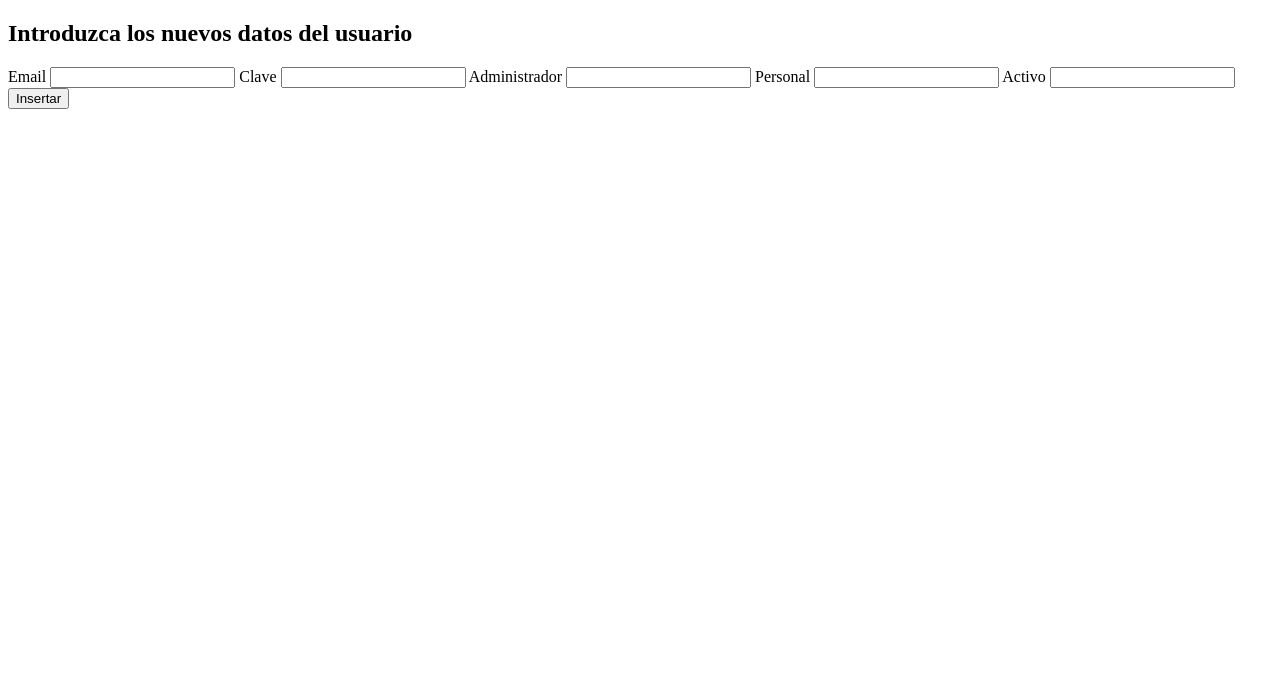
Repository: Mariangeles94/practica_gestion_usuarios
Page: http://localhost/Gestion/administrador/viewinsert.php
The author's editor kept a record of every edit. The page is drawn from the files as they stood at one moment, then again after the next edit.
The browser window is 1280 px wide. The pictures show the whole page.
The page is run by PHP 8.4 with error messages shown; the project is at /var/www/html/.

Above is the page before.

### administrador/viewinsert.php
<?php
require '../clases/AutoCarga.php';
$bd = new DataBase();
$gestor = new ManageUser($bd);

?>
<!DOCTYPE html>
<html>
    <head>
        <meta charset="UTF-8">
        <title></title>
        <link rel="stylesheet" type="text/css"  href=""/>
    </head>
    <body>
        <div id="main">
            <h2>Introduzca los nuevos datos del usuario</h2>
            <div id="form_sample">
                <form action="phpinsert.php" method="POST">
                    <label>Email</label>
                    <input type="text" name="email" value=""/>
                    <label>Clave</label>
                    <input type="text" name="clave" value="" />
                    <label>Administrador</label>
                    <input type="text" name="administrador" value="" />
                    <label>Personal</label>
                    <input type="text" name="personal" value="" />
                    <label>Activo</label>
                    <input type="text" name="activo" value="" />
                    <input type="submit" value="Insertar"/>
                </form>
            </div>
        </div>
    </body>
</html>
<?php
$bd->close();

### clases/AutoCarga.php
<?php

class AutoCarga {
    static function cargar($clase){
        $clase = str_replace("\\", "/", $clase);
        $archivo = "../clases/" .$clase . ".php";
         if (file_exists($archivo)) {
              require $archivo;
         }else{
             $archivo = "clases/" .$clase . ".php";
             require $archivo;
         }
   }
}
spl_autoload_register('AutoCarga::cargar'); // Tiene que estar fuera de la clase

### clases/DataBase.php
<?php

class DataBase {

    private $conexion, $consulta;

    function __construct() {
        try {
            $this->conexion = new PDO(
                    'mysql:host=' . Constant::SERVER . ';' .
                    'dbname=' . Constant::DATABASE, Constant::DBUSER, Constant::DBPASSWORD, array(
                PDO::ATTR_PERSISTENT => true,
                PDO::MYSQL_ATTR_INIT_COMMAND => 'set names utf8')
            );
        } catch (PDOException $e) {
            var_dump($e);
            exit();
            //Esta parte hay que completarla
        }
    }

    function close() {
        $this->conexion = null;
    }

    function getCount() {
        return $this->consulta->rowCount();
    }

    function getId() {
        return $this->conexion->lastInsertId();
    }

    function getErrorConection() {
        return $this->conexion->errorInfo();
    }

    function getError() {
        return $this->consulta->errorInfo();
    }

    function send($sql, $parametros = array()) {
        $this->consulta = $this->conexion->prepare($sql);
        foreach ($parametros as $nombreParametro => $valorParametro) {
            $this->consulta->bindValue($nombreParametro, $valorParametro);
        }
      //var_dump($parametros);
      //echo "sql:" .$sql;
        return $this->consulta->execute();
    }

    function getRow() {
        $r = $this->consulta->fetch();
        if ($r === null) {
            $this->consulta->closeCursor();
        }
        return $r;
    }
    function count($tabla, $condicion="1 = 1", $parametros = array()){
        $sql="select count(*) from $tabla where $condicion";
        $this->send($sql, $parametros);
        $fila = $this->getRow();
        return $fila[0];
    }

    function erase($tabla, $condicion, $parametros = array()) {
        //delete from TABLA where CONDICION
        $sql = "delete from $tabla where $condicion";
        if ($this->send($sql, $parametros)) {
            return $this->getCount();
        }
        return false;
    }

     function delete($tabla, $parametros = array()) {
        //delete from TABLA where CONDICION
        $camposWhere = "";
        foreach ($parametros as $nombreParametro => $valorParametro) {
            $camposWhere .= $nombreParametro . " = :" . $nombreParametro . " and ";
        }
        //$camposWhere .= "1=1";
        $camposWhere = substr($camposWhere, 0, -4);
        $sql = "delete from $tabla where $camposWhere";
        if ($this->send($sql, $parametros)) {
            return $this->getCount();
        }
        return false;
    }

    function insert($tabla, $parametros = array(), $auto = true) {
        //insert into TABLA values (VALORES);
        //insert into TABLA (CAMPOS) values (VALORES);
        //insert into TABLA (c1, c2) values (:c1, :c2);
        //si la tabla tiene un campo autonumerico devuelvo el id
        //si no devuelvo el numero de filas insertadas(1)
        //si error devuelvo false
        $campos = "";
        $valores = "";
        foreach ($parametros as $nombreParametro => $valorParametro) {
            $campos .= $nombreParametro . ",";
            $valores .= ":" . $nombreParametro . ",";
        }
        $campos = substr($campos, 0, -1);
        $valores = substr($valores, 0, -1);
        $sql = "insert into $tabla ($campos) values ($valores)";
        if ($this->send($sql, $parametros)) {
            if ($auto) {
                return $this->getId();
            }
            return $this->getCount();
        }
        return false;
    }

    function update($tabla, $parametrosSet = array(), $parametrosWhere = array()) {
        //update TABLA set VALORES where CONDICION
        //update TABLA set c1=:c1, c2=:c2 where c1=:_c1 and c3=:_c3
        $camposSet = "";
        $camposWhere = "";
        $parametros = array();
        foreach ($parametrosSet as $nombreParametro => $valorParametro) {
            $camposSet .= $nombreParametro . " = :" . $nombreParametro . ",";
            $parametros[$nombreParametro] = $valorParametro;
        }
        $camposSet = substr($camposSet, 0, -1);

        foreach ($parametrosWhere as $nombreParametro => $valorParametro) {
            $camposWhere .= $nombreParametro . " = :_" . $nombreParametro . " and ";
            $parametros["_" . $nombreParametro] = $valorParametro;
        }
        //$camposWhere .= "1=1";
        $camposWhere = substr($camposWhere, 0, -4);
        $sql = "update $tabla set $camposSet where $camposWhere";
        if ($this->send($sql, $parametros)) {
            return $this->getCount();
        }
        return -1;
    }

    function query($tabla, $proyeccion = "*", $parametros = array(), $orden = "1", $limite = "") {
        //select CAMPOS from TABLA where CONDICION order by ORDEN LIMIT
        //select c1,c2 from TABLA where c3=:c3 and c4 = :c4 order by c2 desc,c1 limit 8,15
        $campos = "";
        foreach ($parametros as $nombreParametro => $valorParametro) {
            $campos .= $nombreParametro . " = :" . $nombreParametro . " and ";
        }
        $campos .= "1=1";
        //$campos = substr($campos, 0, -4);
        $limit = "";
        if($limite!==""){
            $limit = "limit $limite";
        }
        $sql = "select $proyeccion from $tabla where $campos order by $orden $limit";
        return $this->send($sql, $parametros);
    }

    function select($tabla, $proyeccion = "*", $condicion = "1 = 1",
        $parametros = array(), $orden="1", $limite=""){
        $limit = "";
        if($limite!==""){
            $limit = "limit $limite";
        }
        $sql = "select $proyeccion from $tabla "
                . "where $condicion order by $orden $limit";
        return $this->send($sql, $parametros);
    }

}

### clases/Constant.php
<?php

class Constant {
    const DATABASE = "gestion";
    const SERVER = "localhost";
    const DBUSER = "mariangeles94";
    const DBPASSWORD = "";
    const NRPP = 10;
    const SEMILLA="45856";
}

### clases/ManageUser.php
<?php

class ManageUser {
    private $bd = null;
    private $tabla = "usuario";

    function __construct(DataBase $bd) {
        $this->bd = $bd;
    }

    function get($email) {
        //devuelve un objeto de la clase
        $parametros = array();
        $parametros['email'] = $email;
        $this->bd->select($this->tabla, "*", "email=:email", $parametros);
        $fila = $this->bd->getRow();
        $user = new User();
        $user->set($fila);
        return $user;
    }

    function count($condicion = "1 = 1", $parametros = array()) {
        return $this->bd->count($this->tabla, $condicion, $parametros);
    }

    function delete($email) {
        $parametros = array();
        $parametros['email'] = $email;
        return $this->bd->delete($this->tabla, $parametros);
    }

    function deleteCities($parametros) {
        return $this->bd->delete($this->tabla, $parametros);
    }

    function erase(User $user) {
        return $this->delete($user->getEmail());
    }

   function set(User $user, $pkemail){
        //Update de todos los campos menos el id, el id se usara como el where para el update numero de filas modificadas
        $parametros =$user->getArray();
        $parametrosWhere = array();
        $parametrosWhere["email"]=$pkemail;
        return $this->bd->update($this->tabla, $parametros, $parametrosWhere);
    }
   function setActivo($email,$activo){
        //Update de todos los campos menos el id, el id se usara como el where para el update numero de filas modificadas
        $parametrosSet = array();
        $parametrosSet['activo'] = $activo;

        $parametrosWhere = array();
        $parametrosWhere["email"]=$email;
        return $this->bd->update($this->tabla, $parametrosSet, $parametrosWhere);
    }
     function setClave($email,$clave){
        //Update de todos los campos menos el id, el id se usara como el where para el update numero de filas modificadas
        $parametrosSet = array();
        $parametrosSet['clave'] = $clave;

        $parametrosWhere = array();
        $parametrosWhere["email"]=$email;
        return $this->bd->update($this->tabla, $parametrosSet, $parametrosWhere);
    }

    function insert(User $user) {
        $parametrosSet = array();
        $parametrosSet['email'] = $user->getEmail();
        $parametrosSet['clave'] = $user->getClave();
        $parametrosSet['alias'] = $user->getAlias();
        $parametrosSet['fechaAlta'] = $user->getFechaAlta();
        $parametrosSet['activo'] = $user->getActivo();
        $parametrosSet['administrador'] = $user->getAdministrador();
        $parametrosSet['personal'] = $user->getPersonal();
        return $this->bd->insert($this->tabla, $parametrosSet);
    }

    function getList($pagina = 1, $order = "", $nrpp = Constant::NRPP, $condicion = "1=1", $parametros = array()) {

        $resgistroInicial = ($pagina - 1) * $nrpp;
        $this->bd->select($this->tabla, "*", $condicion, $parametros, $ordenPredeterminado, "$resgistroInicial, $nrpp"); /* limite va desde 1 y saca 10 registros */
        $r = array();
        while ($fila = $this->bd->getRow()) {
            $user = new User();
            $user->set($fila);
            $r[] = $user;
        }
        return $r;
    }
     function getList2($pagina = 1, $nrpp = Constant::NRPP) {
        $resgistroInicial = ($pagina - 1) * $nrpp;
        $this->bd->select($this->tabla, "*", "1=1", array(), "email", "$resgistroInicial, $nrpp"); /* limite va desde 1 y saca 10 registros */
        $r = array();
        while ($fila = $this->bd->getRow()) {
            $user = new User();
            $user->set($fila);
            $r[] = $user;
        }
        return $r;
    }

    function getValuesSelectTodos() {
        $this->bd->query($this->tabla, "*", array());
        $array = array();
        while ($fila = $this->bd->getRow()) {
            $user = new User();
            $user->set($fila);
            $array = $user;
           // $array[$fila[0]] = $fila[1];
        }
        return $array;
    }
    function getValuesSelectUsario() {
        $this->bd->query($this->tabla, "email, clave, alias", array(), "email");
        $array = array();
        while ($fila = $this->bd->getRow()) {
            $array[$fila[0]] = $fila[1];
        }
        return $array;
    }
    function getValuesSelectPersonal() {
        $this->bd->query($this->tabla, "clave, alias, fechaAlta", array(), "fechaAlta");
        $array = array();
        while ($fila = $this->bd->getRow()) {
            $array[$fila[0]] = $fila[1];
        }
        return $array;
    }
}

### css/style2.css
@import url(http://fonts.googleapis.com/css?family=Ubuntu);
body{
    margin: 0 auto;
    padding: 0;
    background-color: blue;

}
header nav{
    width: 100%;
    background-color: black;
    height: 50px;
    text-align: center;
    padding-top: 2%;
}
header nav a{
    text-decoration: none;
    color: white;
    width: 10%;
    padding: 10%;
    margin-top: 5%;
    font-size: 1.25em;
}
.enlaceInsertar{
    text-decoration: none;
    font-size: 1.5em;
    color: blue;
    margin-left: 5%;
}
.enlaceVolver{
    text-decoration: none;
    font-size: 1.25em;
    color: white;
    margin-left: 5%;
}
.wrapper{
    width: 100%;
    margin: 0 auto;
}

#form{
    float: right;
    width: 35%;
    margin: 10px auto;
    margin-top: 100px;
    font-size: 21px;
    border: 1px solid white;
    background-color: black;
    border-radius: 10px;
    padding: 1%;
}
.tabla{
    float: left;
    width: 50%;
    margin: 10x auto;
}
#enlaceAdmin {
    text-decoration: none;
    color:red;
    font-size: 20px;
    float: right;
    margin: 20px ;
}
#enlaceAdmin a{
    color:red;
    text-decoration: none;
}
body {font-family: Arial, Helvetica, sans-serif;}

table {
    font-family: "Lucida Sans Unicode", "Lucida Grande", Sans-Serif;
    font-size: 12px;
    margin: 45px;
    width: 480px;
    text-align: left;
    border-collapse: collapse;
    margin: 0 auto;
}

th {     font-size: 13px;     font-weight: normal;     padding: 8px;     background: #b9c9fe;
         border-top: 4px solid #aabcfe;    border-bottom: 1px solid #fff; color: #039; }

td {    padding: 8px;     background: #e8edff;     border-bottom: 1px solid #fff;
        color: #669;    border-top: 1px solid transparent; }

tr:hover td { background: #d0dafd; color: #339; }

.tabla h1, .tabla h2, .tabla h3, .tabla h4{
    margin-left: 50px;
}
input[type="text"]{
    width:83%;
    margin-top:10px;
    height:25px;
    margin-bottom: 15px;
    padding:10px;
    border:3px solid #2BC1F2;
}
input[type="number"]{
    width:83%;
    margin-top:10px;
    height:25px;
    margin-bottom: 15px;
    padding:10px;
    border:3px solid #2BC1F2;
}
input[type="date"]{
    width:83%;
    margin-top:10px;
    height:25px;
    margin-bottom: 15px;
    padding:10px;
    border:3px solid #2BC1F2;
}
input[type="datetime"]{
    width:83%;
    margin-top:10px;
    height:25px;
    margin-bottom: 15px;
    padding:10px;
    border:3px solid #2BC1F2;
}
input[type="submit"]{
    width:83%;
    padding: 10px 45px;
    background-color: #2BC1F2;
    border: none;
    color: white;
    font-size: 18px;
    font-weight: bold;
    cursor: pointer;
    font-family: 'Ubuntu', sans-serif;
}
.p-container input{
    width:90%;
    margin-left: 5px;
    padding: 5px 23px;
    background-color: #2BC1F2;
    text-align: center;
    border: none;
    color: white;
    font-size: 16px;
    font-weight: bold;
    cursor: pointer;
    font-family: 'Ubuntu', sans-serif;
}
.caja {
   margin:20px auto 40px auto;
   border:1px solid #d9d9d9;
   height:30px;
   overflow: hidden;
   width: 230px;
   position:relative;
}
select {
   background: white;
   border: none;
   font-size: 14px;
   height: 30px;
   padding: 5px;
   width: 250px;
   color:black;

}
select:focus{ outline: none;}

.caja::after{
	content:"\025be";
	display:table-cell;
	padding-top:7px;
	text-align:center;
	width:30px;
	height:30px;
	background-color:#d9d9d9;
	position:absolute;
	top:0;
	right:0px;
	pointer-events: none;
}
label{
    float: left;
    font-size: 16px;
    margin-top: 5px;
    color:white;
}


div#main{
    width: 830px;
    height: 650px;
    margin: 0px auto;
    font-family: 'Ubuntu', sans-serif;
}

div#form_sample{
    text-align:center;
    background-color: black;
    border: 1px solid #ccc;
    width: 300px;
    padding: 0px 50px 15px;
    margin-top:20px;
    box-shadow: 0 0 15px;
    border-radius: 6px;
    float:left;
}

#main h1{
    margin-top:40px;
}

hr{
    margin-top:-5px;
}
.NoDisponible {
    color:white;
}
#nodispo{
    background-color: black;
    border: 2px solid white;
    width: 50%;
    margin: 50px auto;
    padding: 10px 25px;
    border-radius: 10px;
}
.volverVehiculos a{
    text-align: center;
    color: white;
    text-decoration: none;
    margin-left: 50px auto;
    font-size: 1.25em;
}
.volverVehiculos{
    margin-left: 100px;
}

After the next edit:
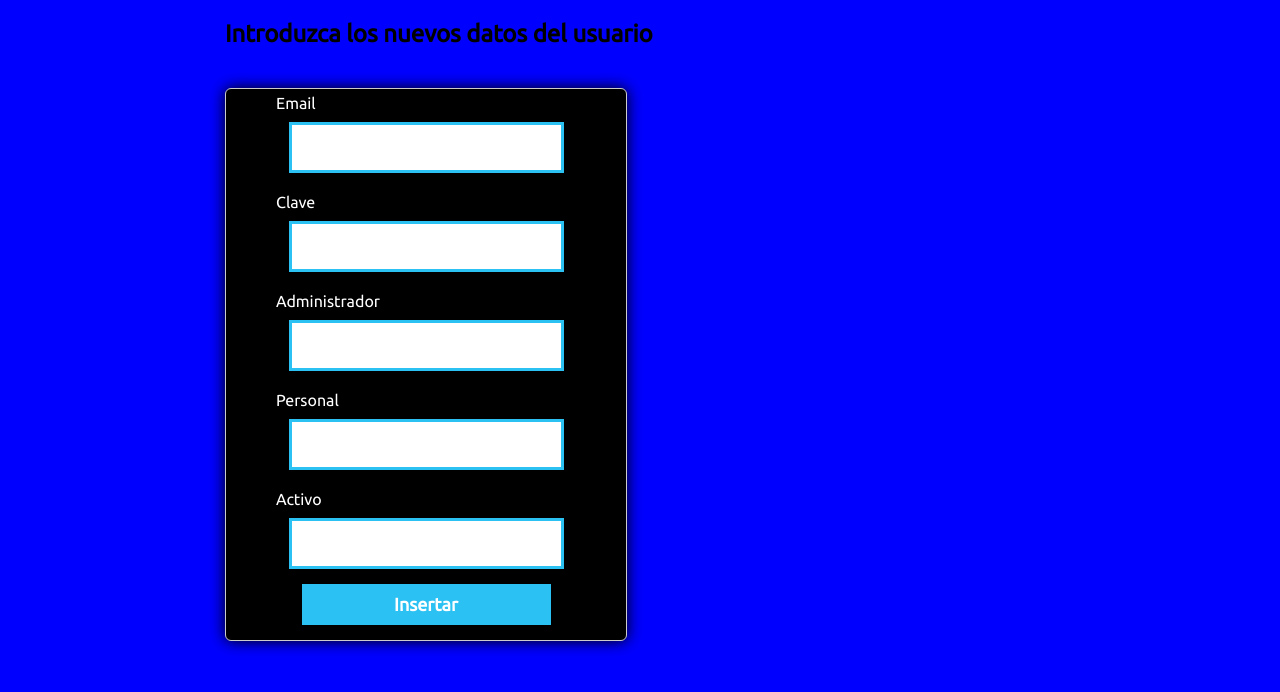
The edit:
--- a/administrador/viewinsert.php
+++ b/administrador/viewinsert.php
@@ -9,7 +9,7 @@
     <head>
         <meta charset="UTF-8">
         <title></title>
-        <link rel="stylesheet" type="text/css"  href=""/>
+        <link rel="stylesheet" type="text/css"  href="../css/style2.css"/>
     </head>
     <body>
         <div id="main">
